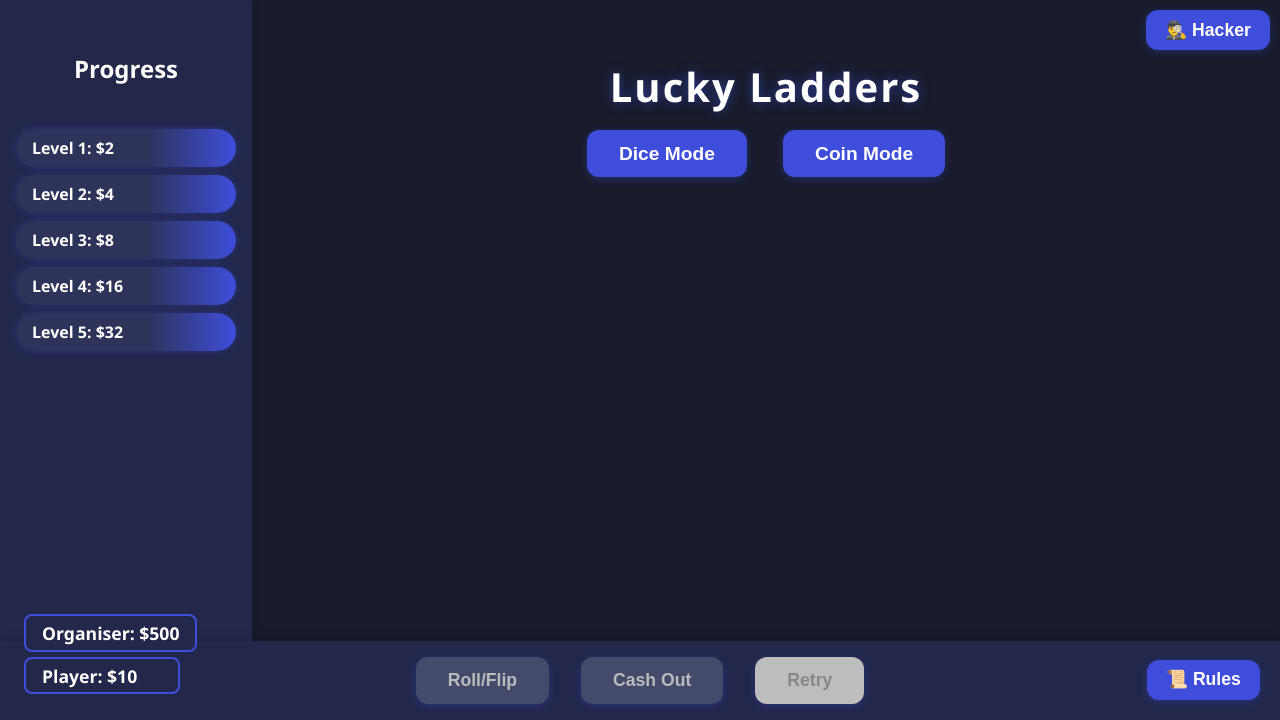
Repository: DrFez/luckyladders
Page: index.html
These files come from the project's save history. The page is drawn as it stood at one moment and after the next save; the edit follows.
The browser window is 1280 px wide. The pictures show the whole page.

Above is the page before, as saved 2025-07-23 21:45:29.

### index.html
<!DOCTYPE html>
<html lang="en">
<head>
    <meta charset="UTF-8">
    <meta name="viewport" content="width=device-width, initial-scale=1.0">
    <title>Lucky Ladders</title>
    <link rel="stylesheet" href="style/main.css">
    <link rel="icon" type="image/png" href="assets/images/2laddericon.png">
</head>
<body>
    <div id="app">
        <aside id="side-panel">
            <h2>Progress</h2>
            <ul id="ladder-progress">
                <!-- Levels will be rendered here -->
            </ul>
            <div id="teacher-mode-toggle">
                <label><input type="checkbox" id="teacherMode"> Teacher Mode</label>
            </div>
        </aside>
        <main id="main-panel">
            <h1>Lucky Ladders</h1>
            <div id="mode-select">
                <button id="diceMode">Dice Mode</button>
                <button id="coinMode">Coin Mode</button>
            </div>
            <div id="game-area" class="hidden">
                <div id="animation"></div>
                <div id="outcome-text"></div>
                <div id="prize-popup" class="hidden"></div>
                <div id="confetti" class="hidden"></div>
            </div>
            <div id="results" class="hidden"></div>
        </main>
        <footer id="bottom-panel">
            <div id="bank-accounts">
                <span id="organiser-bank">Organiser: $500</span>
                <span id="player-bank">Player: $10</span>
            </div>
            <button id="rollBtn" class="action-btn">Roll/Flip</button>
            <button id="cashOutBtn" class="action-btn">Cash Out</button>
            <button id="retryBtn" class="action-btn">Retry</button>
        </footer>
    </div>
    <button id="hackerBtn" style="position:fixed;top:10px;right:10px;z-index:2000;">🕵️‍♂️ Hacker</button>
    <div id="hackerMenu" class="hidden">
        <div style="background:#23274a;padding:2rem 1.5rem;border-radius:16px;box-shadow:0 0 24px #3e4edb99;position:fixed;top:50px;right:30px;z-index:2001;min-width:320px;max-width:95vw;">
            <h2 style="color:#ffeb3b;">Hacker Menu</h2>
            <div style="margin-bottom:1rem;">
                <label><input type="radio" name="diceWeight" id="normalDice" checked> Normal Dice</label><br>
                <label><input type="radio" name="diceWeight" id="alwaysSix"> Always a 6 / Heads</label><br>
                <label><input type="radio" name="diceWeight" id="alwaysOne"> Always a 1 / Tails</label>
            </div>
            <div style="margin-bottom:1rem;">
                <label>Prize L1: $<input type="number" id="prize1" min="0" style="width:60px;"></label><br>
                <label>Prize L2: $<input type="number" id="prize2" min="0" style="width:60px;"></label><br>
                <label>Prize L3: $<input type="number" id="prize3" min="0" style="width:60px;"></label><br>
                <label>Prize L4: $<input type="number" id="prize4" min="0" style="width:60px;"></label><br>
                <label>Prize L5: $<input type="number" id="prize5" min="0" style="width:60px;"></label>
            </div>
            <div style="margin-bottom:1rem;">
                <label>Entry Fee: $<input type="number" id="entryFee" min="0" style="width:60px;"></label><br>
                <label>Retry Fee: $<input type="number" id="retryFee" min="0" style="width:60px;"></label><br>
                <label>Attempts: <input type="number" id="attempts" min="1" max="99" style="width:60px;"></label>
            </div>
            <button id="applyHacks" style="background:#4caf50;color:#23274a;padding:0.5rem 1.5rem;border:none;border-radius:8px;font-weight:bold;">Apply</button>
            <button id="resetHacks" style="background:#ff9800;color:#23274a;padding:0.5rem 1.5rem;border:none;border-radius:8px;font-weight:bold;">Reset</button>
            <button id="closeHacker" style="background:#3e4edb;color:#fff;padding:0.5rem 1.5rem;border:none;border-radius:8px;font-weight:bold;float:right;">Close</button>
        </div>
    </div>
    <button id="rulesBtn" style="position:fixed;bottom:20px;right:20px;z-index:2000;">📜 Rules</button>
    <div id="rulesModal" class="hidden">
        <div style="background:#23274a;padding:2rem 1.5rem;border-radius:16px;box-shadow:0 0 24px #3e4edb99;position:fixed;top:50px;left:50%;transform:translateX(-50%);z-index:2001;min-width:320px;max-width:95vw;max-height:80vh;overflow-y:auto;">
            <h2 style="color:#ffeb3b;">How to Play Lucky Ladders</h2>
            <ul style="margin-bottom:1rem;line-height:1.6;">
                <li>Choose <b>Dice Mode</b> or <b>Coin Mode</b> to start.</li>
                <li>Pay the entry fee to play.</li>
                <li>Each level, roll the dice (or flip the coin) to try to pass:</li>
                <ul>
                    <li><b>Dice Mode:</b> <br>
                        Level 1: Roll <b>2 or higher</b><br>
                        Level 2: Roll <b>3 or higher</b><br>
                        Level 3: Roll <b>4 or higher</b><br>
                        Level 4: Roll <b>5 or higher</b><br>
                        Level 5: Roll <b>6</b><br>
                        Prizes increase as you climb.
                    </li>
                    <li><b>Coin Mode:</b> Flip heads to move up. Prizes double each level.</li>
                </ul>
                <li>After each success, you can <b>Cash Out</b> to take your prize, or <b>Risk</b> for the next level.</li>
                <li>If you fail, you lose your winnings unless you use a <b>Retry</b> (costs extra, drops you down one level).</li>
                <li>Reach the top for the <b>Jackpot</b>!</li>
                <li>See the <b>bank accounts</b> at the bottom left for your balance and the organiser's.</li>
            </ul>
            <button id="closeRules" style="background:#3e4edb;color:#fff;padding:0.5rem 1.5rem;border:none;border-radius:8px;font-weight:bold;">Close</button>
        </div>
    </div>
    <!-- Only load the main controller as a module -->
    <script type="module" src="scripts/values.js"></script>
    <script type="module" src="scripts/uiController.js"></script>
</body>
</html>

### style/main.css
/* main.css - Lucky Ladders */

body {
    margin: 0;
    font-family: 'Segoe UI', Arial, sans-serif;
    background: #181c2b;
    color: #fff;
    min-height: 100vh;
    display: flex;
    flex-direction: column;
}

#app {
    display: flex;
    flex: 1 1 auto;
    min-height: 100vh;
}

aside#side-panel {
    width: 220px;
    background: #23274a;
    padding: 2rem 1rem 1rem 1rem;
    box-shadow: 2px 0 10px #0002;
    display: flex;
    flex-direction: column;
    align-items: center;
}

#ladder-progress {
    list-style: none;
    padding: 0;
    margin: 1rem 0 2rem 0;
    width: 100%;
}
#ladder-progress li {
    margin: 0.5rem 0;
    padding: 0.5rem 1rem;
    border-radius: 20px;
    background: linear-gradient(90deg, #2e335a 60%, #3e4edb 100%);
    box-shadow: 0 0 8px #3e4edb55;
    font-weight: bold;
    transition: background 0.3s, box-shadow 0.3s;
    position: relative;
}
#ladder-progress li.active {
    background: linear-gradient(90deg, #ffeb3b 60%, #ff9800 100%);
    color: #23274a;
    box-shadow: 0 0 16px #ffeb3b99;
}
#ladder-progress li.complete {
    background: linear-gradient(90deg, #4caf50 60%, #00e676 100%);
    color: #23274a;
    box-shadow: 0 0 12px #00e67699;
}

#teacher-mode-toggle {
    margin-top: auto;
    font-size: 1rem;
    color: #b0b0b0;
}

main#main-panel {
    flex: 1 1 auto;
    display: flex;
    flex-direction: column;
    align-items: center;
    justify-content: flex-start;
    padding: 2rem 1rem 1rem 1rem;
    min-width: 0;
}

#main-panel h1 {
    font-size: 2.5rem;
    margin-bottom: 1rem;
    letter-spacing: 2px;
    text-shadow: 0 0 12px #3e4edb99;
}

#mode-select {
    margin-bottom: 2rem;
}
#mode-select button {
    background: #3e4edb;
    color: #fff;
    border: none;
    border-radius: 12px;
    padding: 0.8rem 2rem;
    margin: 0 1rem;
    font-size: 1.2rem;
    font-weight: bold;
    cursor: pointer;
    box-shadow: 0 2px 8px #3e4edb55;
    transition: background 0.2s, box-shadow 0.2s;
}
#mode-select button:hover {
    background: #5c6cff;
    box-shadow: 0 4px 16px #3e4edb99;
}

#game-area {
    min-height: 320px;
    width: 100%;
    max-width: 420px;
    display: flex;
    flex-direction: column;
    align-items: center;
    justify-content: center;
    margin-bottom: 2rem;
}
#game-area.hidden {
    display: none;
}

#animation {
    min-height: 100px;
    margin-bottom: 1rem;
}
#outcome-text {
    font-size: 1.3rem;
    margin-bottom: 1rem;
    min-height: 2.5rem;
    text-align: center;
}
#prize-popup {
    background: #ffeb3b;
    color: #23274a;
    border-radius: 16px;
    padding: 1rem 2rem;
    font-size: 1.5rem;
    font-weight: bold;
    box-shadow: 0 0 24px #ffeb3b99;
    margin-bottom: 1rem;
    animation: pop 0.5s;
}
#prize-popup.hidden {
    display: none;
}
@keyframes pop {
    0% { transform: scale(0.7); opacity: 0; }
    80% { transform: scale(1.1); opacity: 1; }
    100% { transform: scale(1); }
}
#confetti {
    position: absolute;
    top: 0; left: 0; right: 0; bottom: 0;
    pointer-events: none;
    z-index: 10;
}
#confetti.hidden {
    display: none;
}

#results {
    background: #23274a;
    border-radius: 16px;
    padding: 1.5rem 2rem;
    font-size: 1.2rem;
    margin-top: 2rem;
    box-shadow: 0 0 16px #3e4edb55;
    /* Center as modal overlay */
    position: fixed;
    top: 50%;
    left: 50%;
    transform: translate(-50%, -50%);
    z-index: 1000;
    min-width: 280px;
    max-width: 90vw;
    text-align: center;
    display: none;
}
#results:not(.hidden) {
    display: block;
}
#results .close-btn {
    margin-top: 1.5rem;
    background: #3e4edb;
    color: #fff;
    border: none;
    border-radius: 8px;
    padding: 0.5rem 1.5rem;
    font-size: 1rem;
    cursor: pointer;
}
#results .close-btn:hover {
    background: #5c6cff;
}

footer#bottom-panel {
    position: fixed;
    left: 0; right: 0; bottom: 0;
    background: #23274a;
    display: flex;
    justify-content: center;
    align-items: center;
    padding: 1rem 0.5rem;
    box-shadow: 0 -2px 10px #0002;
    z-index: 100;
}
.action-btn {
    background: #3e4edb;
    color: #fff;
    border: none;
    border-radius: 12px;
    padding: 0.8rem 2rem;
    margin: 0 1rem;
    font-size: 1.1rem;
    font-weight: bold;
    cursor: pointer;
    box-shadow: 0 2px 8px #3e4edb55;
    transition: background 0.2s, box-shadow 0.2s;
}
.action-btn:disabled {
    background: #444a6a;
    color: #bbb;
    cursor: not-allowed;
}
.action-btn:hover:not(:disabled) {
    background: #5c6cff;
    box-shadow: 0 4px 16px #3e4edb99;
}

#retryBtn {
    background: #ff9800;
    color: #23274a;
}
#retryBtn:disabled {
    background: #bdbdbd;
    color: #888;
}

#hackerMenu {
    display: none;
}
#hackerMenu:not(.hidden) {
    display: block;
}
#hackerBtn {
    background: #3e4edb;
    color: #fff;
    border: none;
    border-radius: 12px;
    padding: 0.6rem 1.2rem;
    font-size: 1.1rem;
    font-weight: bold;
    cursor: pointer;
    box-shadow: 0 2px 8px #3e4edb55;
    transition: background 0.2s, box-shadow 0.2s;
}
#hackerBtn:hover {
    background: #5c6cff;
    box-shadow: 0 4px 16px #3e4edb99;
}

#rulesModal {
    display: none;
}
#rulesModal:not(.hidden) {
    display: block;
}
#rulesBtn {
    background: #3e4edb;
    color: #fff;
    border: none;
    border-radius: 12px;
    padding: 0.6rem 1.2rem;
    font-size: 1.1rem;
    font-weight: bold;
    cursor: pointer;
    box-shadow: 0 2px 8px #3e4edb55;
    transition: background 0.2s, box-shadow 0.2s;
}
#rulesBtn:hover {
    background: #5c6cff;
    box-shadow: 0 4px 16px #3e4edb99;
}

#bank-accounts {
    display: flex;
    flex-direction: column;
    align-items: flex-start;
    position: absolute;
    left: 1.5rem;
    bottom: 1.5rem;
    z-index: 110;
    font-size: 1.1rem;
    gap: 0.2rem;
}
#organiser-bank, #player-bank {
    background: #23274a;
    padding: 0.3rem 1rem;
    border-radius: 8px;
    margin-bottom: 0.1rem;
    min-width: 120px;
    text-align: left;
    font-weight: bold;
    color: #fff;
    border: 2px solid #3e4edb;
    transition: color 0.2s, border 0.2s;
}
#player-bank.overdraft {
    color: #ff1744;
    border-color: #ff1744;
}
@media (max-width: 900px) {
    #app {
        flex-direction: column;
    }
    aside#side-panel {
        width: 100%;
        flex-direction: row;
        justify-content: space-between;
        align-items: flex-start;
        padding: 1rem 0.5rem;
        box-shadow: none;
    }
    #ladder-progress {
        display: flex;
        flex-direction: row;
        width: auto;
    }
    #ladder-progress li {
        margin: 0 0.5rem;
        padding: 0.5rem 1rem;
    }
}
@media (max-width: 600px) {
    main#main-panel {
        padding: 1rem 0.2rem;
    }
    #main-panel h1 {
        font-size: 1.5rem;
    }
    #game-area {
        max-width: 100vw;
        min-height: 180px;
    }
    #prize-popup {
        font-size: 1.1rem;
        padding: 0.7rem 1rem;
    }
    #results {
        font-size: 1rem;
        padding: 1rem 0.5rem;
    }
    footer#bottom-panel {
        flex-direction: column;
        padding: 0.5rem 0.2rem;
    }
    .action-btn {
        margin: 0.3rem 0;
        width: 90vw;
        max-width: 320px;
    }
    #bank-accounts {
        left: 0.5rem;
        bottom: 4.5rem;
        font-size: 1rem;
    }
    #organiser-bank, #player-bank {
        min-width: 90px;
        padding: 0.2rem 0.5rem;
    }
}

### scripts/values.js
// values.js
// Central store for all editable game values

const values = {
    prizes: {
        dice: [1, 3, 6, 12, 30],
        coin: [2, 4, 8, 16, 32]
    },
    entryFee: 5,
    retryFee: 2,
    attempts: 1,
    reset() {
        this.prizes.dice = [1, 3, 6, 12, 30];
        this.prizes.coin = [2, 4, 8, 16, 32];
        this.entryFee = 5;
        this.retryFee = 2;
        this.attempts = 1;
    }
};

export default values;

### scripts/gameEngine.js
// gameEngine.js
// Handles game logic and flow

import playerState from './playerState.js';
import { diceProbabilities, coinProbabilities } from './probabilityModel.js';
import analytics from './analytics.js';
import values from './values.js';

const gameEngine = {
    mode: null,
    isActive: false,
    get prizes() {
        return values.prizes;
    },
    set prizes(val) {
        values.prizes = val;
    },
    start(mode) {
        this.mode = mode;
        playerState.reset();
        playerState.mode = mode;
        this.isActive = true;
    },
    roll() {
        if (this.mode === 'dice') {
            return Math.ceil(Math.random() * 6);
        } else {
            return Math.random() < 0.5 ? 'heads' : 'tails';
        }
    },
    checkPass(result, level) {
        if (this.mode === 'dice') {
            const pass = [2, 3, 4, 5, 6][level - 1];
            return result >= pass;
        } else {
            return result === 'heads';
        }
    },
    getPrize(level) {
        return values.prizes[this.mode][level - 1];
    },
    canRetry() {
        return !playerState.retryUsed && playerState.currentLevel > 1;
    },
    useRetry() {
        playerState.useRetry();
    },
    cashOut() {
        // Player should get the prize for the last level they PASSED, not the current level (which is the next to attempt)
        const lastPassedLevel = Math.max(1, playerState.currentLevel - 1);
        const prize = this.getPrize(lastPassedLevel);
        playerState.cashOut(prize);
        this.isActive = false;
        return lastPassedLevel === 5 ? 'jackpot' : 'cashed';
    },
    fail() {
        playerState.fail();
        this.isActive = false;
    },
    nextLevel() {
        playerState.currentLevel++;
        if (playerState.currentLevel > 5) {
            // Jackpot!
            const prize = this.getPrize(5);
            playerState.cashOut(prize);
            this.isActive = false;
            return 'jackpot';
        }
        return 'continue';
    }
};

export default gameEngine;

### scripts/playerState.js
// playerState.js
// Tracks player state for Lucky Ladders

import values from './values.js';

const playerState = {
    currentLevel: 1,
    retryUsed: false,
    totalWinnings: 0,
    netProfit: 0,
    mode: null, // 'dice' or 'coin'
    lastGameProfit: 0, // Track organiser profit for just the current game
    get entryFee() { return values.entryFee; },
    set entryFee(val) { values.entryFee = val; },
    get retryFee() { return values.retryFee; },
    set retryFee(val) { values.retryFee = val; },
    reset() {
        this.currentLevel = 1;
        this.retryUsed = false;
        this.totalWinnings = 0;
        this.mode = null;
        this.lastGameProfit = 0; // Track profit for last game only
    },
    useRetry() {
        this.retryUsed = true;
        this.currentLevel = Math.max(1, this.currentLevel - 1);
    },
    cashOut(prize) {
        this.totalWinnings = prize;
        // Net profit to organiser for this game only
        this.lastGameProfit = this.entryFee + (this.retryUsed ? this.retryFee : 0) - prize;
        this.netProfit += this.lastGameProfit;
    },
    fail() {
        this.totalWinnings = 0;
        this.lastGameProfit = this.entryFee + (this.retryUsed ? this.retryFee : 0);
        this.netProfit += this.lastGameProfit;
    }
};

export default playerState;

### scripts/probabilityModel.js
// probabilityModel.js
// Handles probability and expected value calculations

const diceProbabilities = [
    { level: 1, pass: 5/6, prize: 1 },
    { level: 2, pass: 4/6, prize: 3 },
    { level: 3, pass: 3/6, prize: 6 },
    { level: 4, pass: 2/6, prize: 12 },
    { level: 5, pass: 1/6, prize: 30 }
];

const coinProbabilities = [
    { level: 1, pass: 0.5, prize: 2 },
    { level: 2, pass: 0.5, prize: 4 },
    { level: 3, pass: 0.5, prize: 8 },
    { level: 4, pass: 0.5, prize: 16 },
    { level: 5, pass: 0.5, prize: 32 }
];

function expectedValue(mode) {
    let ev = 0;
    let prob = 1;
    const arr = mode === 'dice' ? diceProbabilities : coinProbabilities;
    for (let i = 0; i < arr.length; i++) {
        prob *= arr[i].pass;
        ev += prob * arr[i].prize;
    }
    return ev;
}

export { diceProbabilities, coinProbabilities, expectedValue };

### scripts/analytics.js
// analytics.js
// Tracks and aggregates session stats

const analytics = {
    totalPlays: 0,
    organiserProfit: 0,
    playerTypes: { greedy: 0, moderate: 0, cautious: 0 },
    sessionResults: [],
    addPlay(type, profit) {
        this.totalPlays++;
        this.playerTypes[type]++;
        this.organiserProfit += profit;
        this.sessionResults.push({ type, profit });
    },
    reset() {
        this.totalPlays = 0;
        this.organiserProfit = 0;
        this.playerTypes = { greedy: 0, moderate: 0, cautious: 0 };
        this.sessionResults = [];
    }
};

export default analytics;

Loaded but not shown: scripts/uiController.js (319 lines, source omitted)

After the next save:
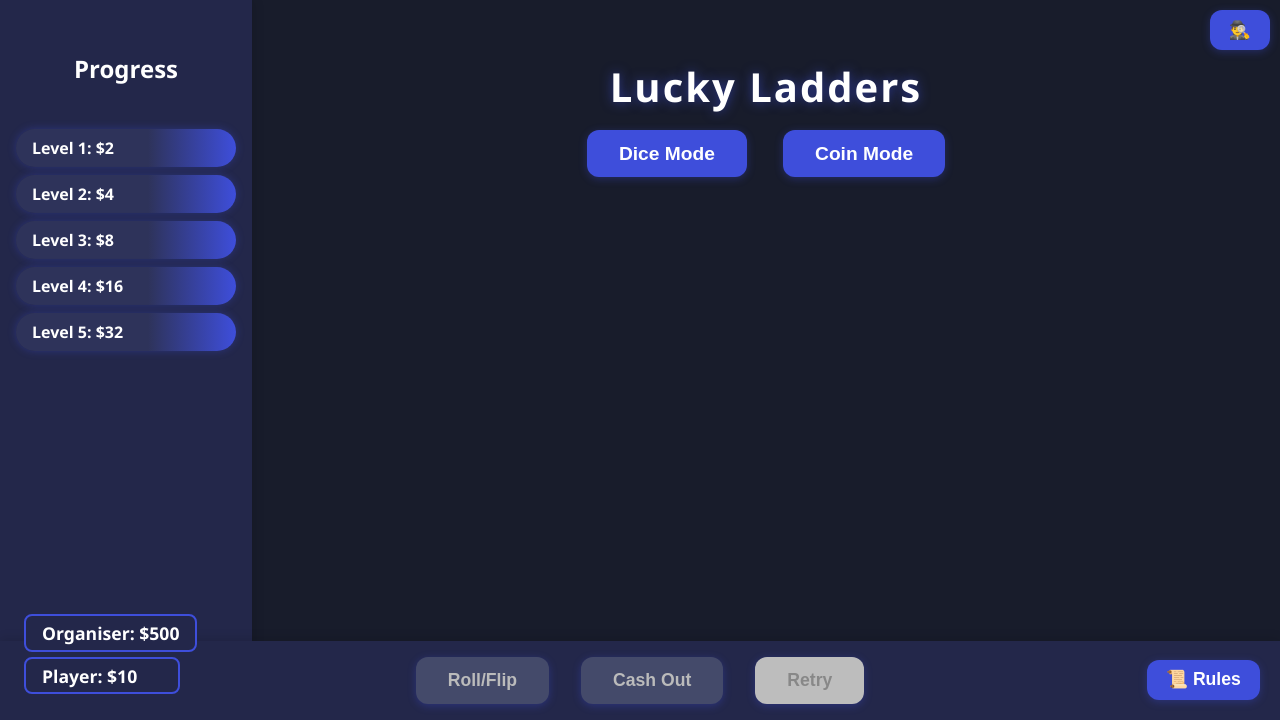
Saved 117 s later.
--- a/index.html
+++ b/index.html
@@ -42,7 +42,7 @@
             <button id="retryBtn" class="action-btn">Retry</button>
         </footer>
     </div>
-    <button id="hackerBtn" style="position:fixed;top:10px;right:10px;z-index:2000;">🕵️‍♂️ Hacker</button>
+    <button id="hackerBtn" style="position:fixed;top:10px;right:10px;z-index:2000;">🕵️‍♂️</button>
     <div id="hackerMenu" class="hidden">
         <div style="background:#23274a;padding:2rem 1.5rem;border-radius:16px;box-shadow:0 0 24px #3e4edb99;position:fixed;top:50px;right:30px;z-index:2001;min-width:320px;max-width:95vw;">
             <h2 style="color:#ffeb3b;">Hacker Menu</h2>
